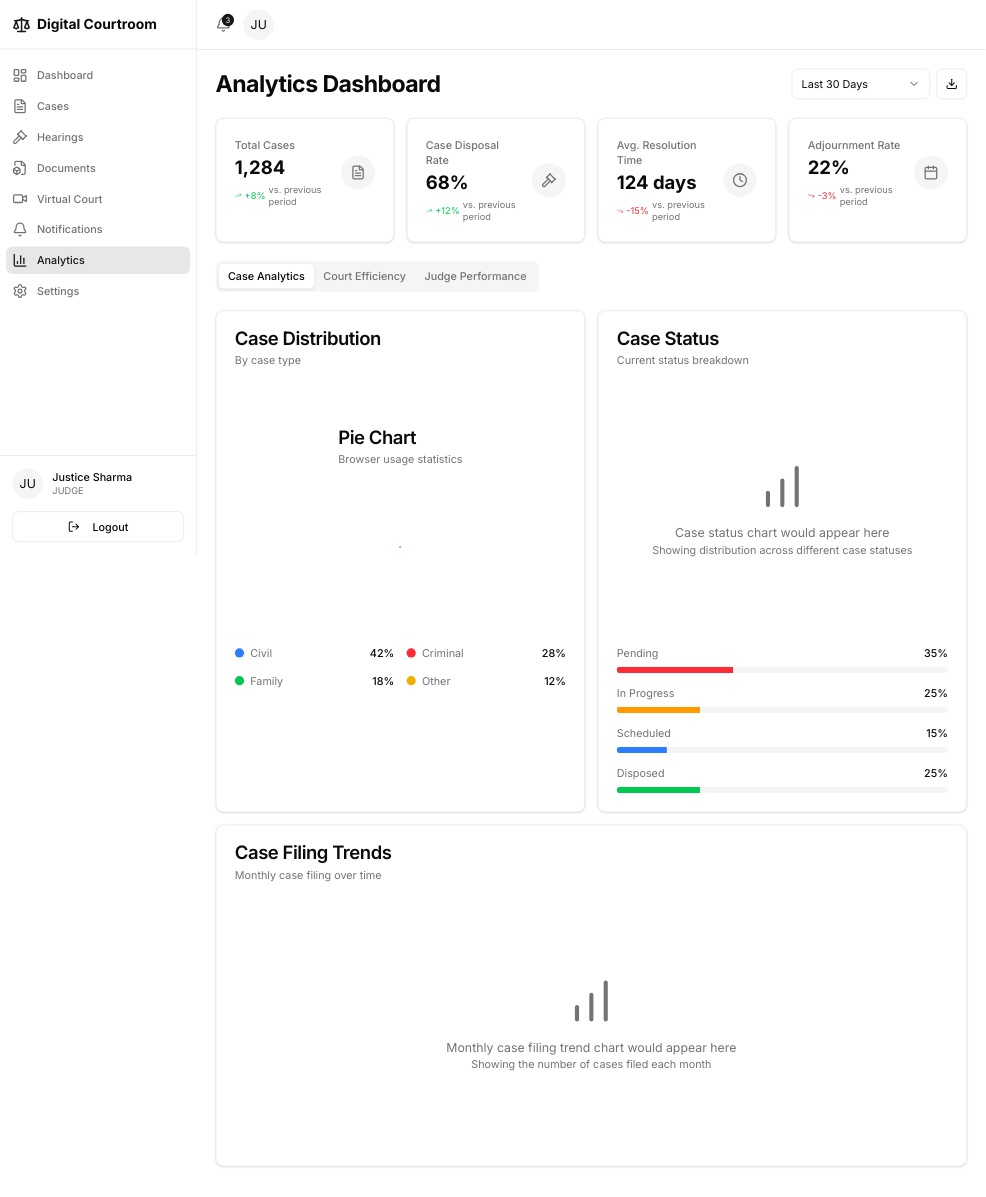
Repository: n0tank3sh/digicourt
Page: /analytics (app in frontend/)
The author's editor kept a copy of each file at every save. The page is drawn from the files as they stood at one save, then again after a run of saves.
The browser window is 1280 px wide. The pictures show the whole page, at 77% of full size.
The project was rebuilt for these pictures with package versions that can differ from the ones it lists, and the page was loaded fresh each time. The framework's server and built-in components were replaced by stand-ins that run in the browser. Also part of the build but not shown: frontend/next.config.ts.

Above is the page before, as saved 2025-03-26 22:28:56.

### frontend/src/components/ui/card.tsx
import * as React from "react"

import { cn } from "@/lib/utils"

const Card = React.forwardRef<
  HTMLDivElement,
  React.HTMLAttributes<HTMLDivElement>
>(({ className, ...props }, ref) => (
  <div
    ref={ref}
    className={cn(
      "rounded-lg border bg-card text-card-foreground shadow-sm",
      className
    )}
    {...props}
  />
))
Card.displayName = "Card"

const CardHeader = React.forwardRef<
  HTMLDivElement,
  React.HTMLAttributes<HTMLDivElement>
>(({ className, ...props }, ref) => (
  <div
    ref={ref}
    className={cn("flex flex-col space-y-1.5 p-6", className)}
    {...props}
  />
))
CardHeader.displayName = "CardHeader"

const CardTitle = React.forwardRef<
  HTMLDivElement,
  React.HTMLAttributes<HTMLDivElement>
>(({ className, ...props }, ref) => (
  <div
    ref={ref}
    className={cn(
      "text-2xl font-semibold leading-none tracking-tight",
      className
    )}
    {...props}
  />
))
CardTitle.displayName = "CardTitle"

const CardDescription = React.forwardRef<
  HTMLDivElement,
  React.HTMLAttributes<HTMLDivElement>
>(({ className, ...props }, ref) => (
  <div
    ref={ref}
    className={cn("text-sm text-muted-foreground", className)}
    {...props}
  />
))
CardDescription.displayName = "CardDescription"

const CardContent = React.forwardRef<
  HTMLDivElement,
  React.HTMLAttributes<HTMLDivElement>
>(({ className, ...props }, ref) => (
  <div ref={ref} className={cn("p-6 pt-0", className)} {...props} />
))
CardContent.displayName = "CardContent"

const CardFooter = React.forwardRef<
  HTMLDivElement,
  React.HTMLAttributes<HTMLDivElement>
>(({ className, ...props }, ref) => (
  <div
    ref={ref}
    className={cn("flex items-center p-6 pt-0", className)}
    {...props}
  />
))
CardFooter.displayName = "CardFooter"

export { Card, CardHeader, CardFooter, CardTitle, CardDescription, CardContent }

### frontend/src/components/ui/tabs.tsx
"use client"

import * as React from "react"
import * as TabsPrimitive from "@radix-ui/react-tabs"

import { cn } from "@/lib/utils"

const Tabs = TabsPrimitive.Root

const TabsList = React.forwardRef<
  React.ElementRef<typeof TabsPrimitive.List>,
  React.ComponentPropsWithoutRef<typeof TabsPrimitive.List>
>(({ className, ...props }, ref) => (
  <TabsPrimitive.List
    ref={ref}
    className={cn(
      "inline-flex h-10 items-center justify-center rounded-md bg-muted p-1 text-muted-foreground",
      className
    )}
    {...props}
  />
))
TabsList.displayName = TabsPrimitive.List.displayName

const TabsTrigger = React.forwardRef<
  React.ElementRef<typeof TabsPrimitive.Trigger>,
  React.ComponentPropsWithoutRef<typeof TabsPrimitive.Trigger>
>(({ className, ...props }, ref) => (
  <TabsPrimitive.Trigger
    ref={ref}
    className={cn(
      "inline-flex items-center justify-center whitespace-nowrap rounded-sm px-3 py-1.5 text-sm font-medium ring-offset-background transition-all focus-visible:outline-none focus-visible:ring-2 focus-visible:ring-ring focus-visible:ring-offset-2 disabled:pointer-events-none disabled:opacity-50 data-[state=active]:bg-background data-[state=active]:text-foreground data-[state=active]:shadow-sm",
      className
    )}
    {...props}
  />
))
TabsTrigger.displayName = TabsPrimitive.Trigger.displayName

const TabsContent = React.forwardRef<
  React.ElementRef<typeof TabsPrimitive.Content>,
  React.ComponentPropsWithoutRef<typeof TabsPrimitive.Content>
>(({ className, ...props }, ref) => (
  <TabsPrimitive.Content
    ref={ref}
    className={cn(
      "mt-2 ring-offset-background focus-visible:outline-none focus-visible:ring-2 focus-visible:ring-ring focus-visible:ring-offset-2",
      className
    )}
    {...props}
  />
))
TabsContent.displayName = TabsPrimitive.Content.displayName

export { Tabs, TabsList, TabsTrigger, TabsContent }

### frontend/src/types/index.ts
// User Types
export enum UserRole {
  JUDGE = "JUDGE",
  LAWYER = "LAWYER",
  COURT_STAFF = "COURT_STAFF",
  CITIZEN = "CITIZEN",
  ADMIN = "ADMIN",
}

export interface User {
  id: string
  name: string
  email: string
  role: UserRole
  barId?: string // For lawyers
  courtId?: string // For judges and court staff
  createdAt: Date
  updatedAt: Date
}

// Case Types
export enum CaseStatus {
  FILED = "FILED",
  PENDING = "PENDING",
  IN_PROGRESS = "IN_PROGRESS",
  SCHEDULED = "SCHEDULED",
  ADJOURNED = "ADJOURNED",
  DISPOSED = "DISPOSED",
  CLOSED = "CLOSED",
}

export enum CaseType {
  CIVIL = "CIVIL",
  CRIMINAL = "CRIMINAL",
  FAMILY = "FAMILY",
  CORPORATE = "CORPORATE",
  CONSTITUTIONAL = "CONSTITUTIONAL",
  OTHER = "OTHER",
}

export interface Case {
  id: string
  caseNumber: string
  title: string
  description: string
  type: CaseType
  status: CaseStatus
  filingDate: Date
  plaintiffs: string[] // IDs of involved parties
  defendants: string[] // IDs of involved parties
  judgerId?: string
  courtId: string
  createdAt: Date
  updatedAt: Date
}

// Hearing Types
export enum HearingType {
  PHYSICAL = "PHYSICAL",
  VIRTUAL = "VIRTUAL",
  HYBRID = "HYBRID",
}

export enum HearingStatus {
  SCHEDULED = "SCHEDULED",
  IN_PROGRESS = "IN_PROGRESS",
  COMPLETED = "COMPLETED",
  ADJOURNED = "ADJOURNED",
  CANCELLED = "CANCELLED",
}

export interface Hearing {
  id: string
  caseId: string
  scheduledDate: Date
  actualDate?: Date
  type: HearingType
  status: HearingStatus
  location: string // Court room or virtual link
  notes?: string
  attendees: string[] // IDs of attendees
  createdAt: Date
  updatedAt: Date
}

// Document Types
export enum DocumentType {
  PETITION = "PETITION",
  EVIDENCE = "EVIDENCE",
  AFFIDAVIT = "AFFIDAVIT",
  JUDGMENT = "JUDGMENT",
  ORDER = "ORDER",
  NOTICE = "NOTICE",
  OTHER = "OTHER",
}

export interface Document {
  id: string
  caseId: string
  title: string
  type: DocumentType
  fileUrl: string
  fileSize: number
  mimeType: string
  uploadedBy: string // User ID
  isPublic: boolean
  version: number
  createdAt: Date
  updatedAt: Date
}

// Notification Types
export enum NotificationType {
  CASE_UPDATE = "CASE_UPDATE",
  HEARING_SCHEDULED = "HEARING_SCHEDULED",
  HEARING_RESCHEDULED = "HEARING_RESCHEDULED",
  DOCUMENT_UPLOADED = "DOCUMENT_UPLOADED",
  SUMMONS = "SUMMONS",
  JUDGMENT_DELIVERED = "JUDGMENT_DELIVERED",
  OTHER = "OTHER",
}

export interface Notification {
  id: string
  userId: string
  type: NotificationType
  title: string
  message: string
  relatedId?: string // ID of related entity (case, hearing, etc.)
  isRead: boolean
  createdAt: Date
}

// Court Types
export interface Court {
  id: string
  name: string
  type: string
  address: string
  jurisdiction: string
  contactNumber: string
  email: string
  createdAt: Date
  updatedAt: Date
}

// Analytics Types
export interface CaseAnalytics {
  totalCases: number
  pendingCases: number
  disposedCases: number
  averageDisposalTime: number // in days
  casesByType: Record<CaseType, number>
  casesByStatus: Record<CaseStatus, number>
  monthlyCaseFiling: { month: string; count: number }[]
}

export interface CourtAnalytics {
  totalHearings: number
  completedHearings: number
  adjournedHearings: number
  averageHearingDuration: number // in minutes
  hearingsByType: Record<HearingType, number>
  courtUtilization: number // percentage
}

### frontend/src/components/ui/button.tsx
import * as React from "react"
import { Slot } from "@radix-ui/react-slot"
import { cva, type VariantProps } from "class-variance-authority"

import { cn } from "@/lib/utils"

const buttonVariants = cva(
  "inline-flex items-center justify-center gap-2 whitespace-nowrap rounded-md text-sm font-medium ring-offset-background transition-colors focus-visible:outline-none focus-visible:ring-2 focus-visible:ring-ring focus-visible:ring-offset-2 disabled:pointer-events-none disabled:opacity-50 [&_svg]:pointer-events-none [&_svg]:size-4 [&_svg]:shrink-0",
  {
    variants: {
      variant: {
        default: "bg-primary text-primary-foreground hover:bg-primary/90",
        destructive:
          "bg-destructive text-destructive-foreground hover:bg-destructive/90",
        outline:
          "border border-input bg-background hover:bg-accent hover:text-accent-foreground",
        secondary:
          "bg-secondary text-secondary-foreground hover:bg-secondary/80",
        ghost: "hover:bg-accent hover:text-accent-foreground",
        link: "text-primary underline-offset-4 hover:underline",
      },
      size: {
        default: "h-10 px-4 py-2",
        sm: "h-9 rounded-md px-3",
        lg: "h-11 rounded-md px-8",
        icon: "h-10 w-10",
      },
    },
    defaultVariants: {
      variant: "default",
      size: "default",
    },
  }
)

export interface ButtonProps
  extends React.ButtonHTMLAttributes<HTMLButtonElement>,
    VariantProps<typeof buttonVariants> {
  asChild?: boolean
}

const Button = React.forwardRef<HTMLButtonElement, ButtonProps>(
  ({ className, variant, size, asChild = false, ...props }, ref) => {
    const Comp = asChild ? Slot : "button"
    return (
      <Comp
        className={cn(buttonVariants({ variant, size, className }))}
        ref={ref}
        {...props}
      />
    )
  }
)
Button.displayName = "Button"

export { Button, buttonVariants }

### frontend/src/components/ui/piechart.tsx
"use client"
import { TrendingUp } from "lucide-react"
import { Pie, PieChart } from "recharts"
import {
    Card,
    CardContent,
    CardDescription,
    CardHeader,
    CardTitle,

} from "@/components/ui/card"
import {
    ChartConfig,
    ChartContainer,
    ChartTooltip,
    ChartTooltipContent,
} from "@/components/ui/chart"
const chartData = [
    { browser: "Civil", visitors: 42, fill: "var(--color-blue-500)" },
    { browser: "Criminal", visitors: 28, fill: "var(--color-red-500)" },
    { browser: "Family", visitors: 18, fill: "var(--color-green-500)" },
    { browser: "other", visitors: 12, fill: "var(--color-yellow-500)" },
]
const chartConfig = {
    visitors: {
        label: "Visitors",
    },
    chrome: {
        label: "Chrome",
        color: "hsl(var(--chart-1))",
    },
    safari: {
        label: "Safari",
        color: "hsl(var(--chart-2))",
    },
    firefox: {
        label: "Firefox",
        color: "hsl(var(--chart-3))",
    },
    edge: {
        label: "Edge",
        color: "hsl(var(--chart-4))",
    },
    other: {
        label: "Other",
        color: "hsl(var(--chart-5))",
    },
} satisfies ChartConfig
export function PieChartComponent() {
    return (
        <Card className="flex flex-col shadow-none border-none p-10 ">
            <CardHeader>
               <CardTitle>Pie Chart</CardTitle>
                <CardDescription>Browser usage statistics</CardDescription>

            </CardHeader>
            <CardContent className="flex-1 pb-0 ">
                <ChartContainer
                    config={chartConfig}
                    className="mx-auto scale-2  aspect-square max-h-[250px] pb-0 [&_.recharts-pie-label-text]:fill-foreground"
                >
                    <PieChart>
                        <ChartTooltip content={<ChartTooltipContent hideLabel/>} />
                        <Pie data={chartData} dataKey="visitors"  nameKey="browser" />
                    </PieChart>
                </ChartContainer>
            </CardContent>

        </Card>
    )
}

### frontend/src/components/ui/avatar.tsx
"use client"

import * as React from "react"
import * as AvatarPrimitive from "@radix-ui/react-avatar"

import { cn } from "@/lib/utils"

const Avatar = React.forwardRef<
  React.ElementRef<typeof AvatarPrimitive.Root>,
  React.ComponentPropsWithoutRef<typeof AvatarPrimitive.Root>
>(({ className, ...props }, ref) => (
  <AvatarPrimitive.Root
    ref={ref}
    className={cn(
      "relative flex h-10 w-10 shrink-0 overflow-hidden rounded-full",
      className
    )}
    {...props}
  />
))
Avatar.displayName = AvatarPrimitive.Root.displayName

const AvatarImage = React.forwardRef<
  React.ElementRef<typeof AvatarPrimitive.Image>,
  React.ComponentPropsWithoutRef<typeof AvatarPrimitive.Image>
>(({ className, ...props }, ref) => (
  <AvatarPrimitive.Image
    ref={ref}
    className={cn("aspect-square h-full w-full", className)}
    {...props}
  />
))
AvatarImage.displayName = AvatarPrimitive.Image.displayName

const AvatarFallback = React.forwardRef<
  React.ElementRef<typeof AvatarPrimitive.Fallback>,
  React.ComponentPropsWithoutRef<typeof AvatarPrimitive.Fallback>
>(({ className, ...props }, ref) => (
  <AvatarPrimitive.Fallback
    ref={ref}
    className={cn(
      "flex h-full w-full items-center justify-center rounded-full bg-muted",
      className
    )}
    {...props}
  />
))
AvatarFallback.displayName = AvatarPrimitive.Fallback.displayName

export { Avatar, AvatarImage, AvatarFallback }

### frontend/src/components/ui/sheet.tsx
"use client"

import * as React from "react"
import * as SheetPrimitive from "@radix-ui/react-dialog"
import { cva, type VariantProps } from "class-variance-authority"
import { X } from "lucide-react"

import { cn } from "@/lib/utils"

const Sheet = SheetPrimitive.Root

const SheetTrigger = SheetPrimitive.Trigger

const SheetClose = SheetPrimitive.Close

const SheetPortal = SheetPrimitive.Portal

const SheetOverlay = React.forwardRef<
  React.ElementRef<typeof SheetPrimitive.Overlay>,
  React.ComponentPropsWithoutRef<typeof SheetPrimitive.Overlay>
>(({ className, ...props }, ref) => (
  <SheetPrimitive.Overlay
    className={cn(
      "fixed inset-0 z-50 bg-black/80  data-[state=open]:animate-in data-[state=closed]:animate-out data-[state=closed]:fade-out-0 data-[state=open]:fade-in-0",
      className
    )}
    {...props}
    ref={ref}
  />
))
SheetOverlay.displayName = SheetPrimitive.Overlay.displayName

const sheetVariants = cva(
  "fixed z-50 gap-4 bg-background p-6 shadow-lg transition ease-in-out data-[state=open]:animate-in data-[state=closed]:animate-out data-[state=closed]:duration-300 data-[state=open]:duration-500",
  {
    variants: {
      side: {
        top: "inset-x-0 top-0 border-b data-[state=closed]:slide-out-to-top data-[state=open]:slide-in-from-top",
        bottom:
          "inset-x-0 bottom-0 border-t data-[state=closed]:slide-out-to-bottom data-[state=open]:slide-in-from-bottom",
        left: "inset-y-0 left-0 h-full w-3/4 border-r data-[state=closed]:slide-out-to-left data-[state=open]:slide-in-from-left sm:max-w-sm",
        right:
          "inset-y-0 right-0 h-full w-3/4  border-l data-[state=closed]:slide-out-to-right data-[state=open]:slide-in-from-right sm:max-w-sm",
      },
    },
    defaultVariants: {
      side: "right",
    },
  }
)

interface SheetContentProps
  extends React.ComponentPropsWithoutRef<typeof SheetPrimitive.Content>,
    VariantProps<typeof sheetVariants> {}

const SheetContent = React.forwardRef<
  React.ElementRef<typeof SheetPrimitive.Content>,
  SheetContentProps
>(({ side = "right", className, children, ...props }, ref) => (
  <SheetPortal>
    <SheetOverlay />
    <SheetPrimitive.Content
      ref={ref}
      className={cn(sheetVariants({ side }), className)}
      {...props}
    >
      {children}
      <SheetPrimitive.Close className="absolute right-4 top-4 rounded-sm opacity-70 ring-offset-background transition-opacity hover:opacity-100 focus:outline-none focus:ring-2 focus:ring-ring focus:ring-offset-2 disabled:pointer-events-none data-[state=open]:bg-secondary">
        <X className="h-4 w-4" />
        <span className="sr-only">Close</span>
      </SheetPrimitive.Close>
    </SheetPrimitive.Content>
  </SheetPortal>
))
SheetContent.displayName = SheetPrimitive.Content.displayName

const SheetHeader = ({
  className,
  ...props
}: React.HTMLAttributes<HTMLDivElement>) => (
  <div
    className={cn(
      "flex flex-col space-y-2 text-center sm:text-left",
      className
    )}
    {...props}
  />
)
SheetHeader.displayName = "SheetHeader"

const SheetFooter = ({
  className,
  ...props
}: React.HTMLAttributes<HTMLDivElement>) => (
  <div
    className={cn(
      "flex flex-col-reverse sm:flex-row sm:justify-end sm:space-x-2",
      className
    )}
    {...props}
  />
)
SheetFooter.displayName = "SheetFooter"

const SheetTitle = React.forwardRef<
  React.ElementRef<typeof SheetPrimitive.Title>,
  React.ComponentPropsWithoutRef<typeof SheetPrimitive.Title>
>(({ className, ...props }, ref) => (
  <SheetPrimitive.Title
    ref={ref}
    className={cn("text-lg font-semibold text-foreground", className)}
    {...props}
  />
))
SheetTitle.displayName = SheetPrimitive.Title.displayName

const SheetDescription = React.forwardRef<
  React.ElementRef<typeof SheetPrimitive.Description>,
  React.ComponentPropsWithoutRef<typeof SheetPrimitive.Description>
>(({ className, ...props }, ref) => (
  <SheetPrimitive.Description
    ref={ref}
    className={cn("text-sm text-muted-foreground", className)}
    {...props}
  />
))
SheetDescription.displayName = SheetPrimitive.Description.displayName

export {
  Sheet,
  SheetPortal,
  SheetOverlay,
  SheetTrigger,
  SheetClose,
  SheetContent,
  SheetHeader,
  SheetFooter,
  SheetTitle,
  SheetDescription,
}

Loaded but not shown: frontend/src/app/layout.tsx (common file); frontend/src/components/theme-provider.tsx (common file); frontend/src/lib/utils.ts (common file); frontend/src/app/analytics/page.tsx (355 lines, source omitted); frontend/src/components/ui/chart.tsx (365 lines, source omitted); frontend/src/components/layout/main-layout.tsx (187 lines, source omitted); frontend/src/app/globals.css (200 lines, source omitted); frontend/src/components/ui/select.tsx (160 lines, source omitted)

After the next 4 saves:
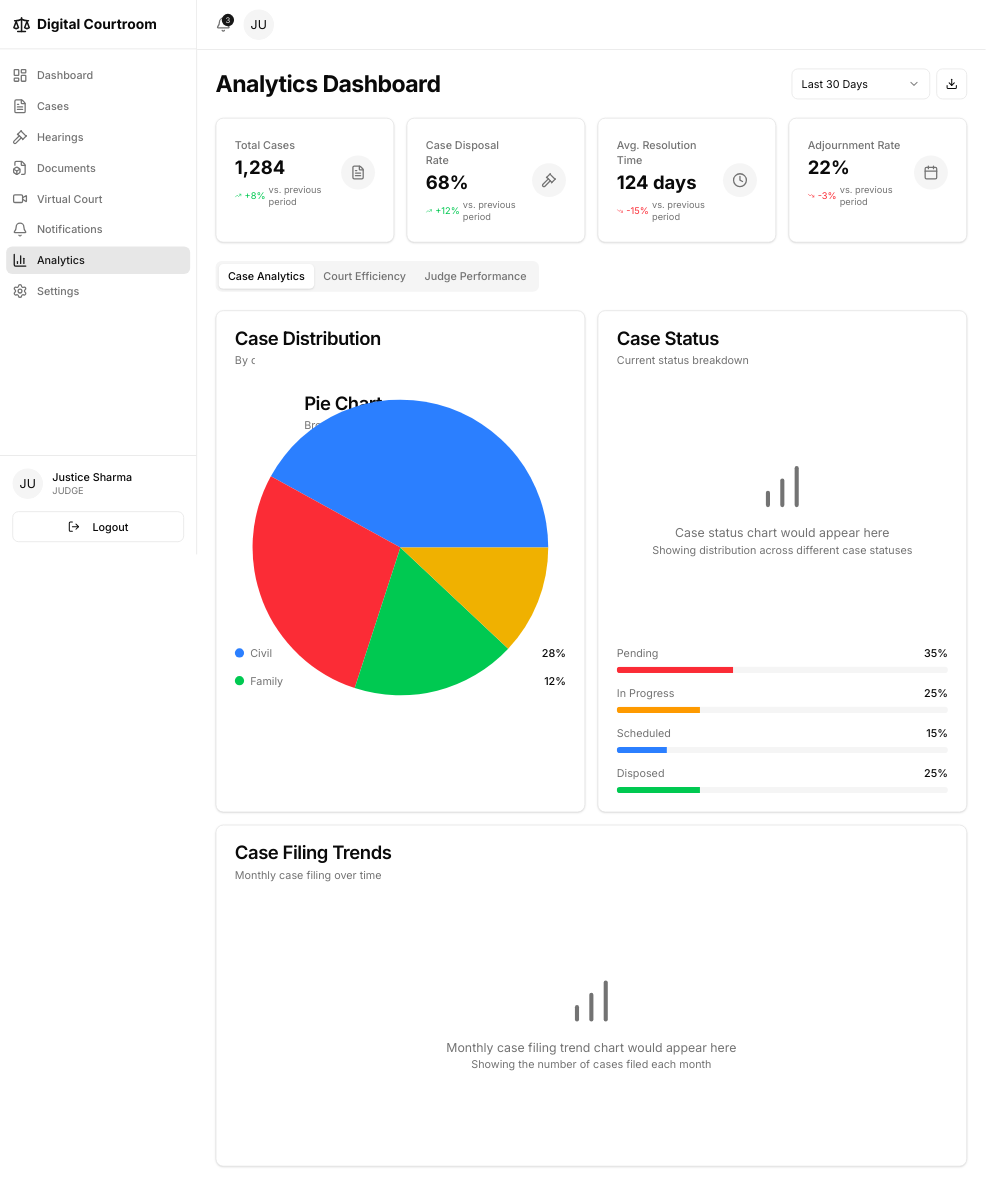
The 4 saves are shown as one change because they came seconds apart.
The last was saved 12 s later.
--- a/frontend/src/components/ui/piechart.tsx
+++ b/frontend/src/components/ui/piechart.tsx
@@ -57,7 +57,7 @@ export function PieChartComponent() {
             <CardContent className="flex-1 pb-0 ">
                 <ChartContainer
                     config={chartConfig}
-                    className="mx-auto scale-2  aspect-square max-h-[250px] pb-0 [&_.recharts-pie-label-text]:fill-foreground"
+                    className="mx-auto scale-200  aspect-square max-h-[250px] pb-0 [&_.recharts-pie-label-text]:fill-foreground"
                 >
                     <PieChart>
                         <ChartTooltip content={<ChartTooltipContent hideLabel/>} />

After the save that followed:
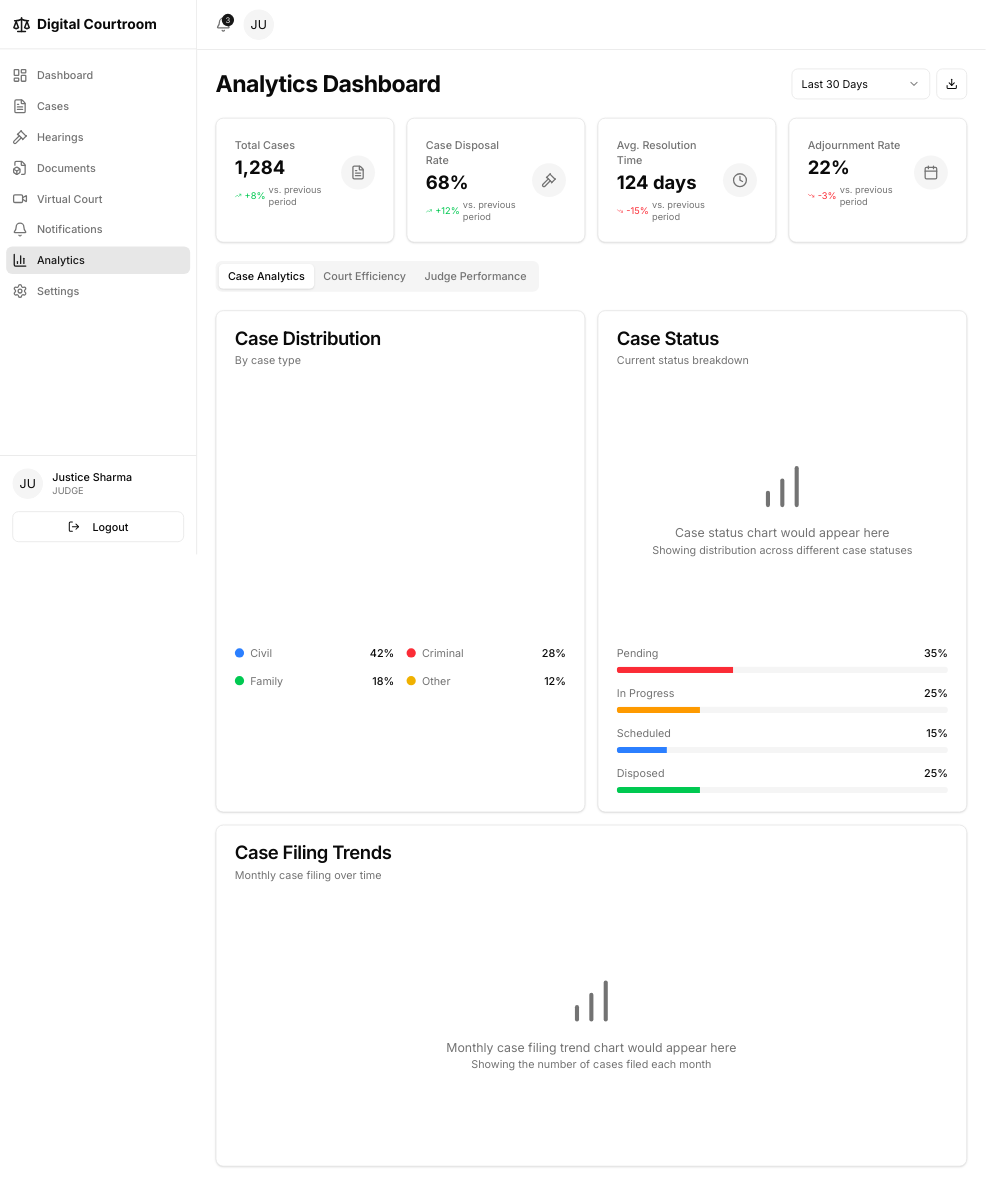
Saved 13 s later.
--- a/frontend/src/components/ui/piechart.tsx
+++ b/frontend/src/components/ui/piechart.tsx
@@ -49,11 +49,7 @@ const chartConfig = {
 export function PieChartComponent() {
     return (
         <Card className="flex flex-col shadow-none border-none p-10 ">
-            <CardHeader>
-               <CardTitle>Pie Chart</CardTitle>
-                <CardDescription>Browser usage statistics</CardDescription>
 
-            </CardHeader>
             <CardContent className="flex-1 pb-0 ">
                 <ChartContainer
                     config={chartConfig}
